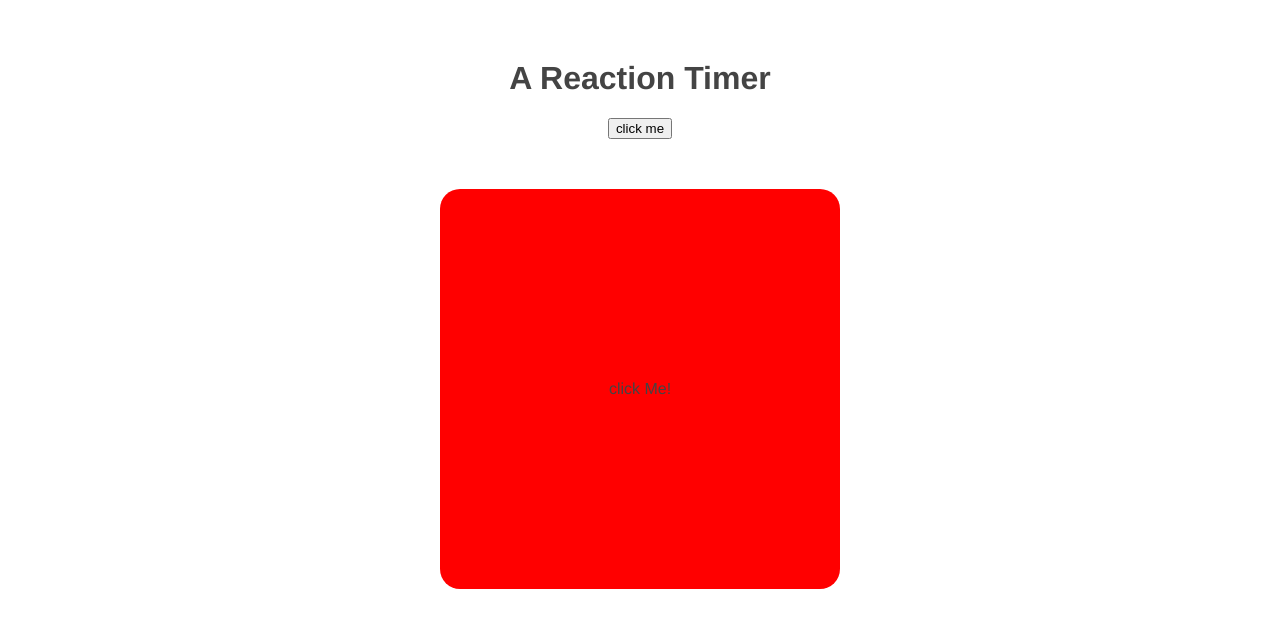
Repository: qudos4real/reaction-timer
Page: /
An editor plug-in stored every save of this project. The page is shown before and after the next save, followed by the edit.
The browser window is 1280 px wide. The pictures show the whole page.
The project was rebuilt for these pictures with package versions that can differ from the ones it lists, and the page was loaded fresh each time. Also part of the build but not shown: vue.config.js.

Above is the page before, as saved 2022-12-27 22:35:46.

After the next save:
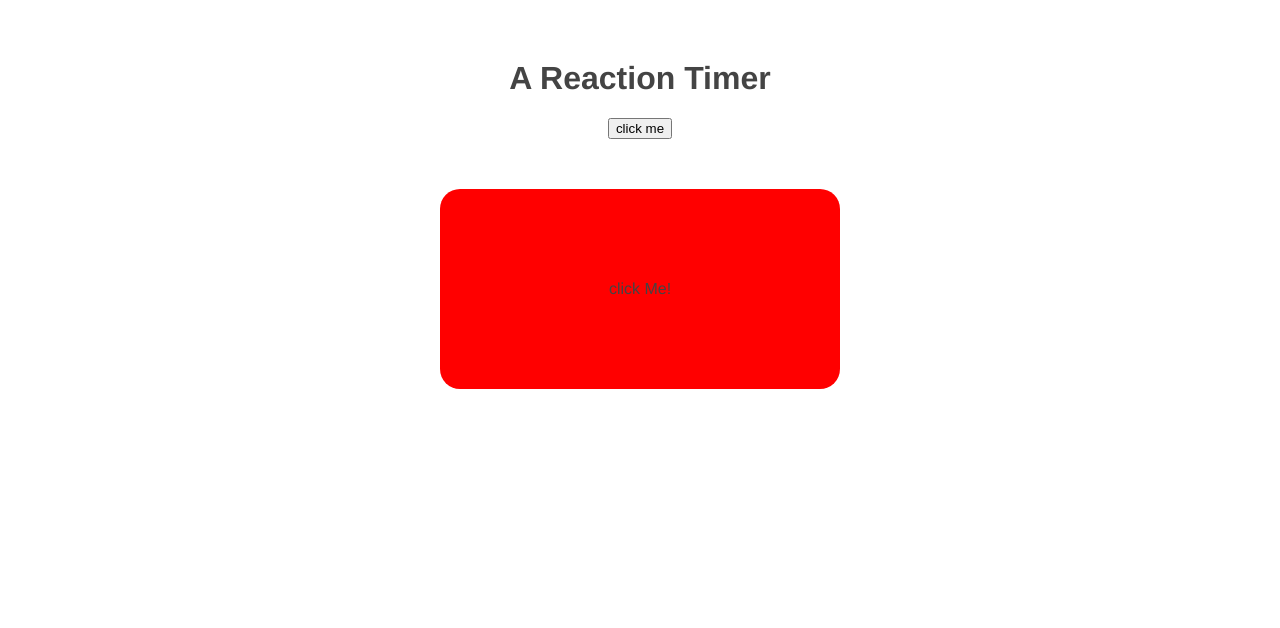
Saved 9 s later.
--- a/src/components/Block.vue
+++ b/src/components/Block.vue
@@ -16,7 +16,7 @@ export default {
     border-radius: 20px;
     text-align: center;
     margin: 50px auto;
-    line-height: 400px;
+    line-height: 200px;
     background-color: red;
 }
 </style>
